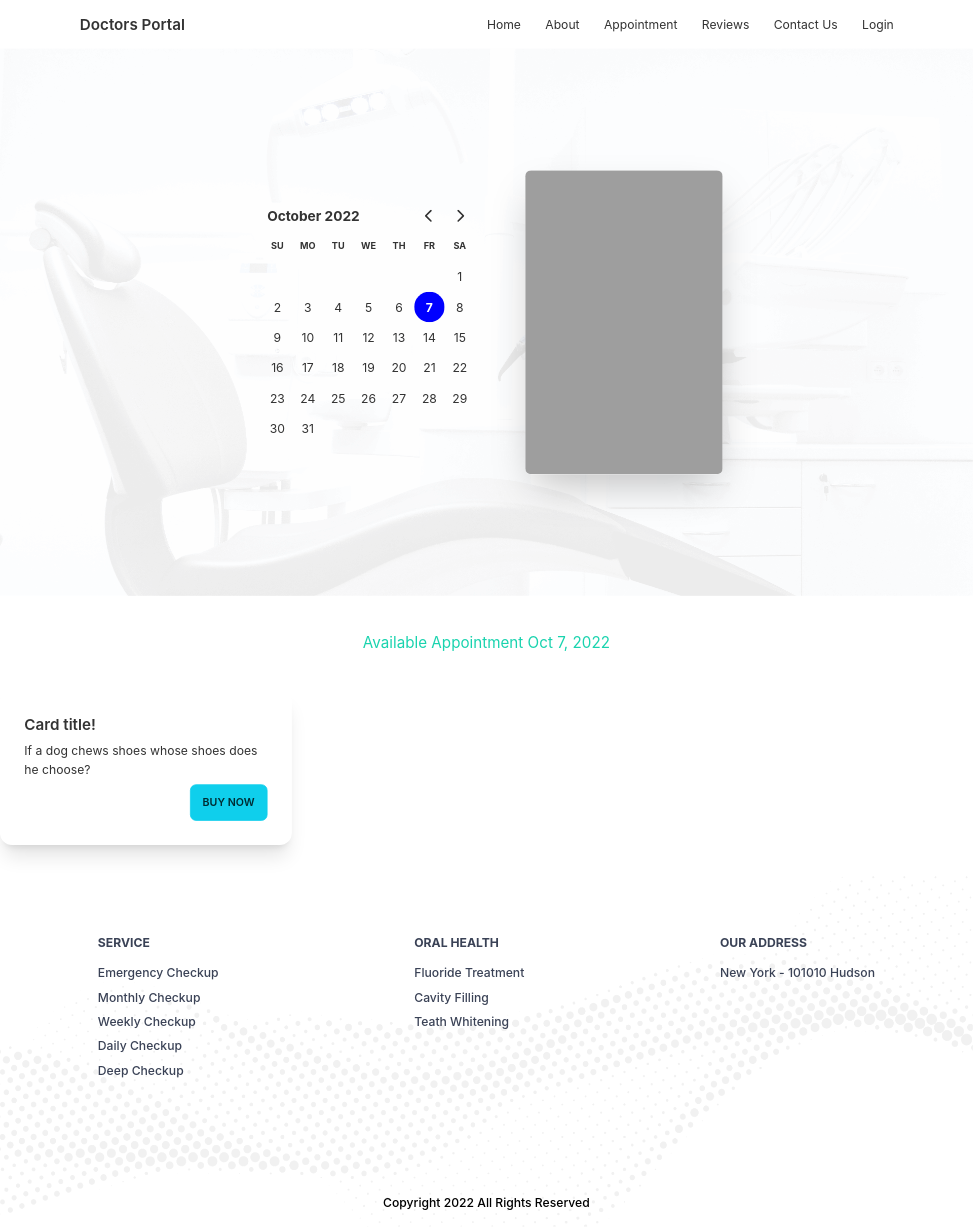
Repository: shikubro90/doctorsportal
Page: /appointment
An editor plug-in stored every save of this project. The page is shown before and after a run of saves, followed by the edit.
The browser window is 1280 px wide. The pictures show the whole page, at 76% of full size.
Pictures or frames that could not be fetched are drawn as grey boxes. The project was rebuilt for these pictures with package versions that can differ from the ones it lists, and the page was loaded fresh each time. Also part of the build but not shown: src/App.css, src/Pages/About/About.jsx, src/Shared/ButtonPrimary.jsx, src/Pages/Home/AppointmentCard.jsx, src/Pages/Home/AppointmentSection.jsx, src/Pages/Home/Banner.jsx, src/Pages/Home/MiniCard.jsx, src/Pages/Home/BasicInfo.jsx and 6 more.

Above is the page before, as saved 2022-10-07 13:43:24.

After the next 4 saves:
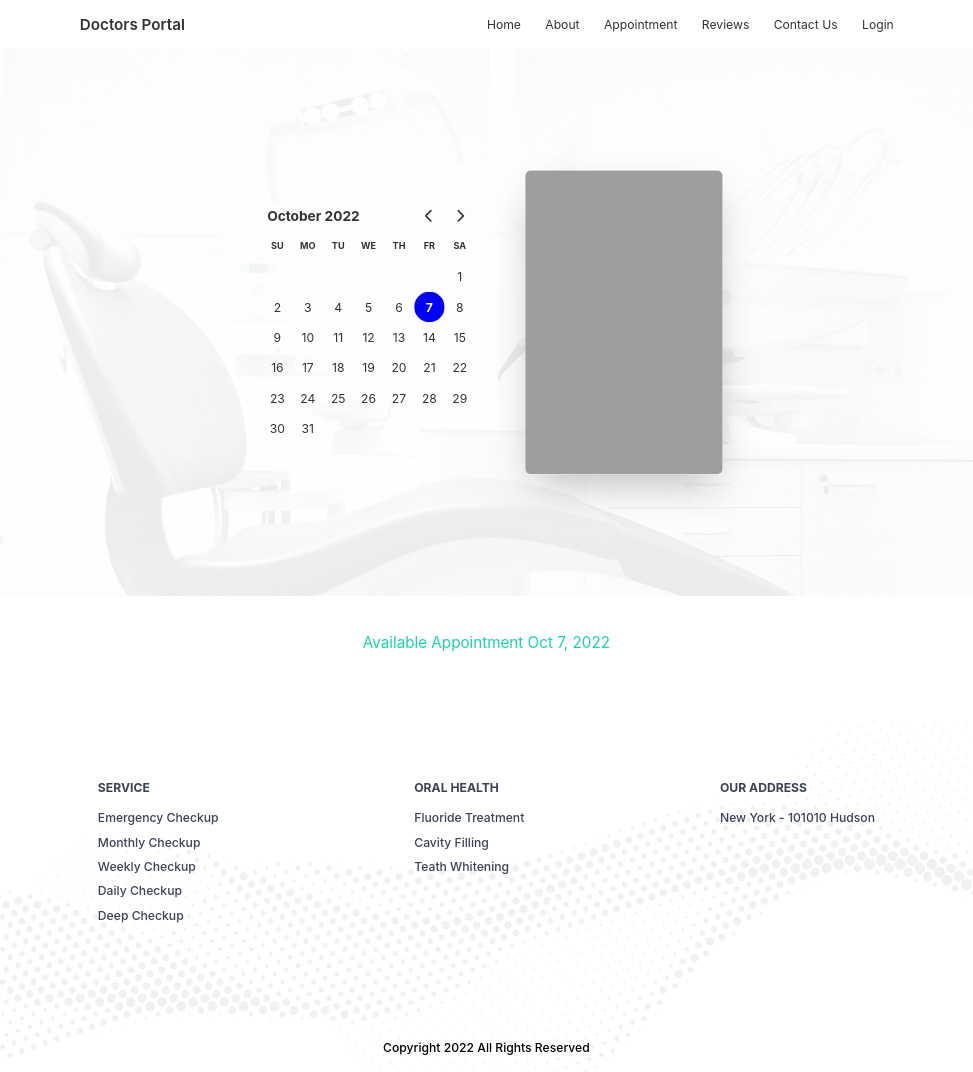
The 4 saves are shown as one change because they came seconds apart.
The last was saved 9 s later.
--- a/src/Pages/Appointment/AvailableAppointment.jsx
+++ b/src/Pages/Appointment/AvailableAppointment.jsx
@@ -23,7 +23,7 @@ const AvailableAppointment = ({ date }) => {
         Available Appointment {format(date, 'PP')}{' '}
       </h3>
       <div className="grid grid-cols-1 md:grid-cols-2 lg:grid-cols-3 gap-5">
-        <Services />
+        {}
       </div>
     </div>
   )
